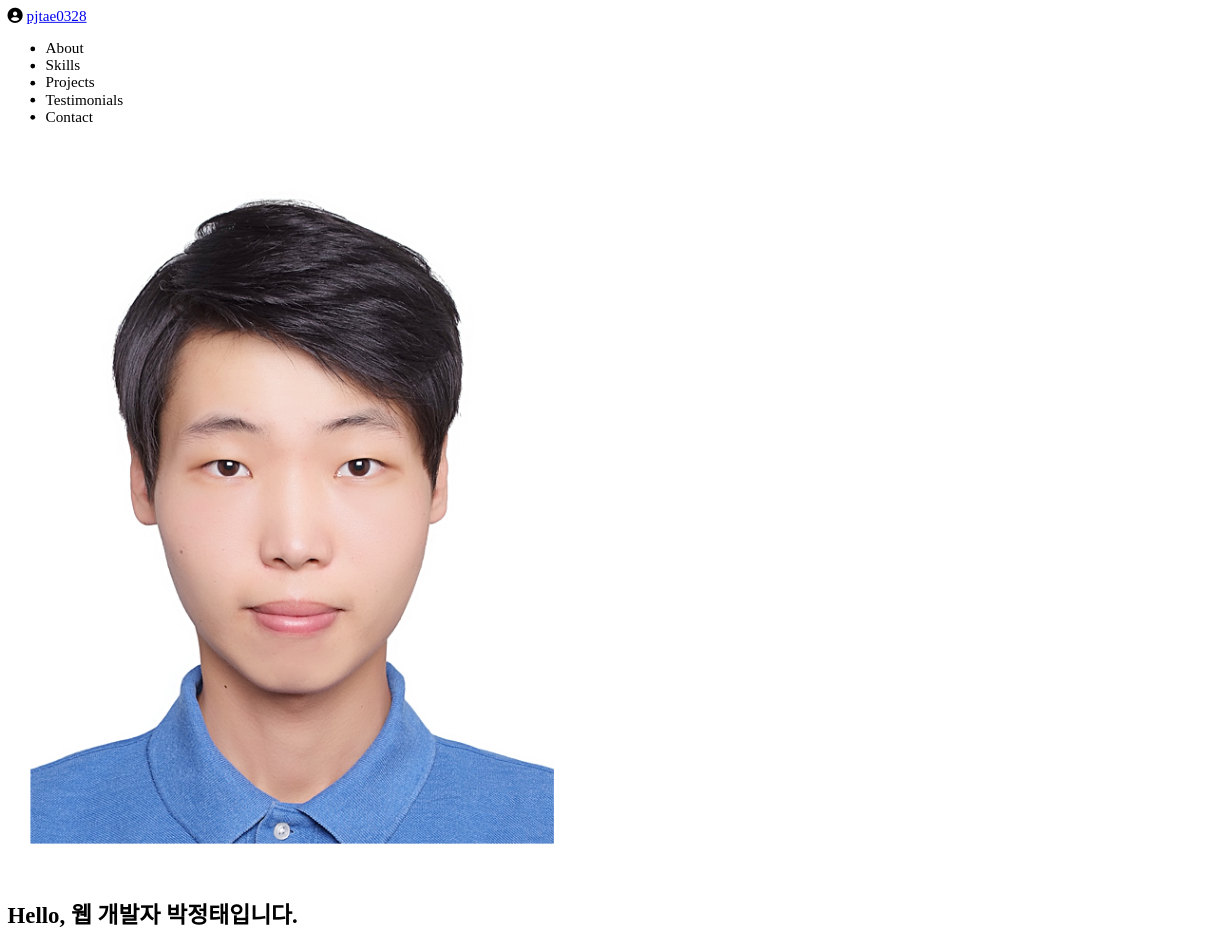
Repository: pjtae0328/Portfolio
Page: index.html
An editor plug-in stored every save of this project. The page is shown before and after the next save, followed by the edit.
The browser window is 1280 px wide. The pictures show the whole page, at 95% of full size.
Some web libraries are served in a nearby version.

Above is the page before, as saved 2021-08-24 12:32:04.

### index.html
<!DOCTYPE html>
<html lang="ko">

<head>
    <meta charset="UTF-8">
    <meta http-equiv="X-UA-Compatible" content="IE=edge"> <!-- ie 호환성보기 무시 -->
    <meta name="viewport" content="width=device-width, initial-scale=1.0">
    <title>박정태 포트폴리오</title>

    <!-- 설명 / 작성자 -->
    <meta name="description" content="준비된 개발자 박정태의 포트폴리오 입니다.">
    <meta name="author" content="박정태">

    <!-- 아이콘 -->
    <link rel="icon" type="image/png" href="imgs/favicon.png" />

    <!-- fontawesome -->
    <script src="https://kit.fontawesome.com/0d232bdc2d.js" crossorigin="anonymous">
    </script>

    <!-- font -->
    <link rel="preconnect" href="https://fonts.googleapis.com">
    <link rel="preconnect" href="https://fonts.gstatic.com" crossorigin>
    <link href="https://fonts.googleapis.com/css2?family=Noto+Sans+KR:wght@400;500;700&display=swap" rel="stylesheet">

    <!-- css / js -->
    <link rel="stylesheet" href="style.css" />
    <script src="main.js" defer></script>

<body>
    <!-- Nav Bar -->
    <nav id="navbar">
        <div class="navbar__logo">
            <i class="fas fa-user-circle"></i>
            <a href="#">pjtae0328</a>
        </div>
        <ul class="navbar__menu">
            <li class="navbar__menu__item">About</li>
            <li class="navbar__menu__item">Skills</li>
            <li class="navbar__menu__item">Projects</li>
            <li class="navbar__menu__item">Testimonials</li>
            <li class="navbar__menu__item">Contact</li>
        </ul>
    </nav>

    <!-- Home -->
    <section class="home">
        <img src="/imgs/profile.jpg" alt="profile photo" class="home__avatar">
        <h1 class="home__title">Hello, 웹 개발자 박정태입니다.</h1>
    </section>

    <!-- About -->
    <section class="about"></section>

    <!-- Skills -->
    <section class="skills"></section>

    <!-- Projects -->
    <section class="projects"></section>

    <!-- Testimonials -->
    <section class="testimonials"></section>

    <!-- Contect -->
    <section class="contect"></section>
</body>

</html>

Loaded but not shown: style.css (no stored copy; drawn as an empty file); main.js (no stored copy; drawn as an empty file)

After the next save:
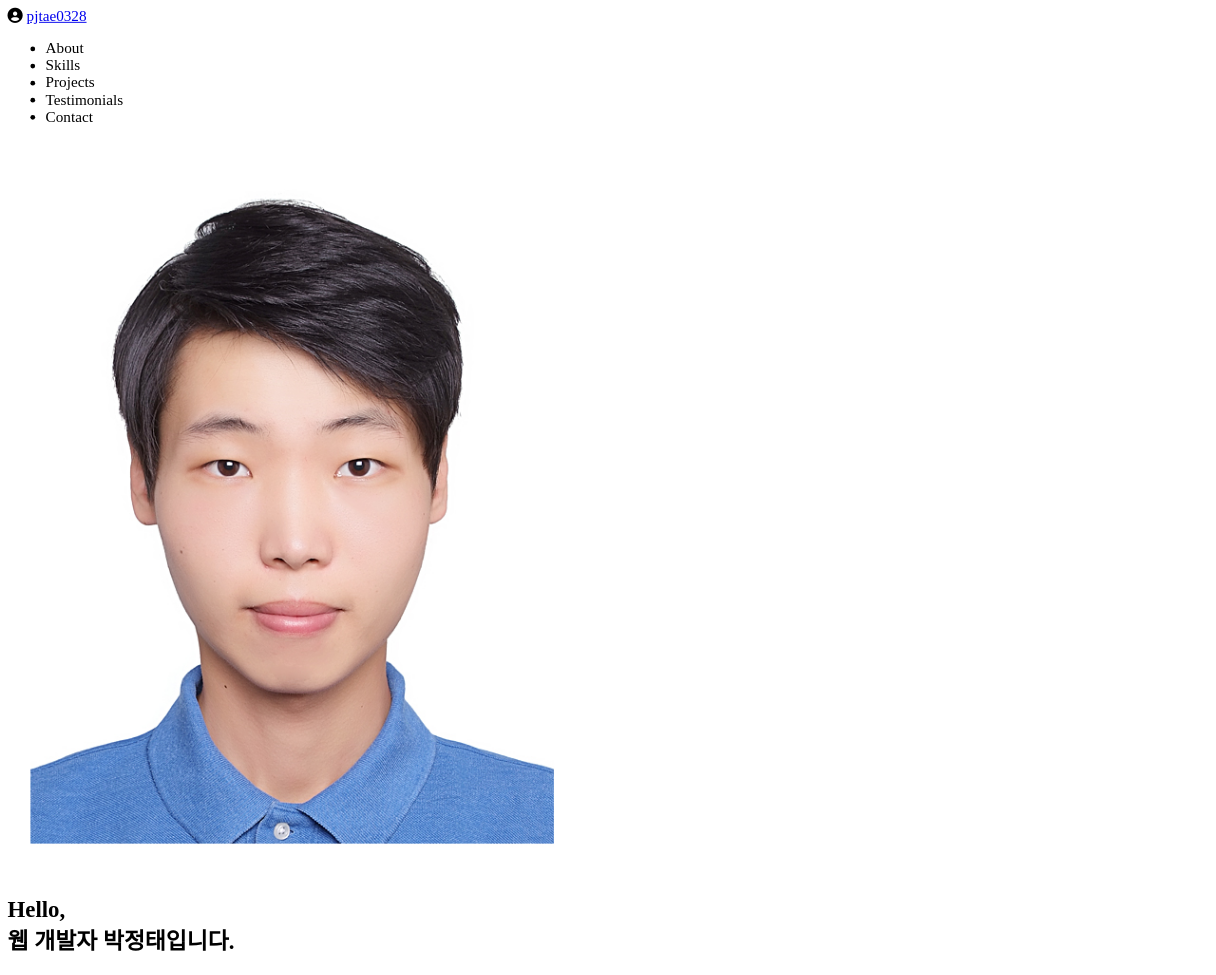
Saved 26 s later.
--- a/index.html
+++ b/index.html
@@ -46,7 +46,7 @@
     <!-- Home -->
     <section class="home">
         <img src="/imgs/profile.jpg" alt="profile photo" class="home__avatar">
-        <h1 class="home__title">Hello, 웹 개발자 박정태입니다.</h1>
+        <h1 class="home__title">Hello, <br>웹 개발자 박정태입니다.</h1>
     </section>
 
     <!-- About -->
